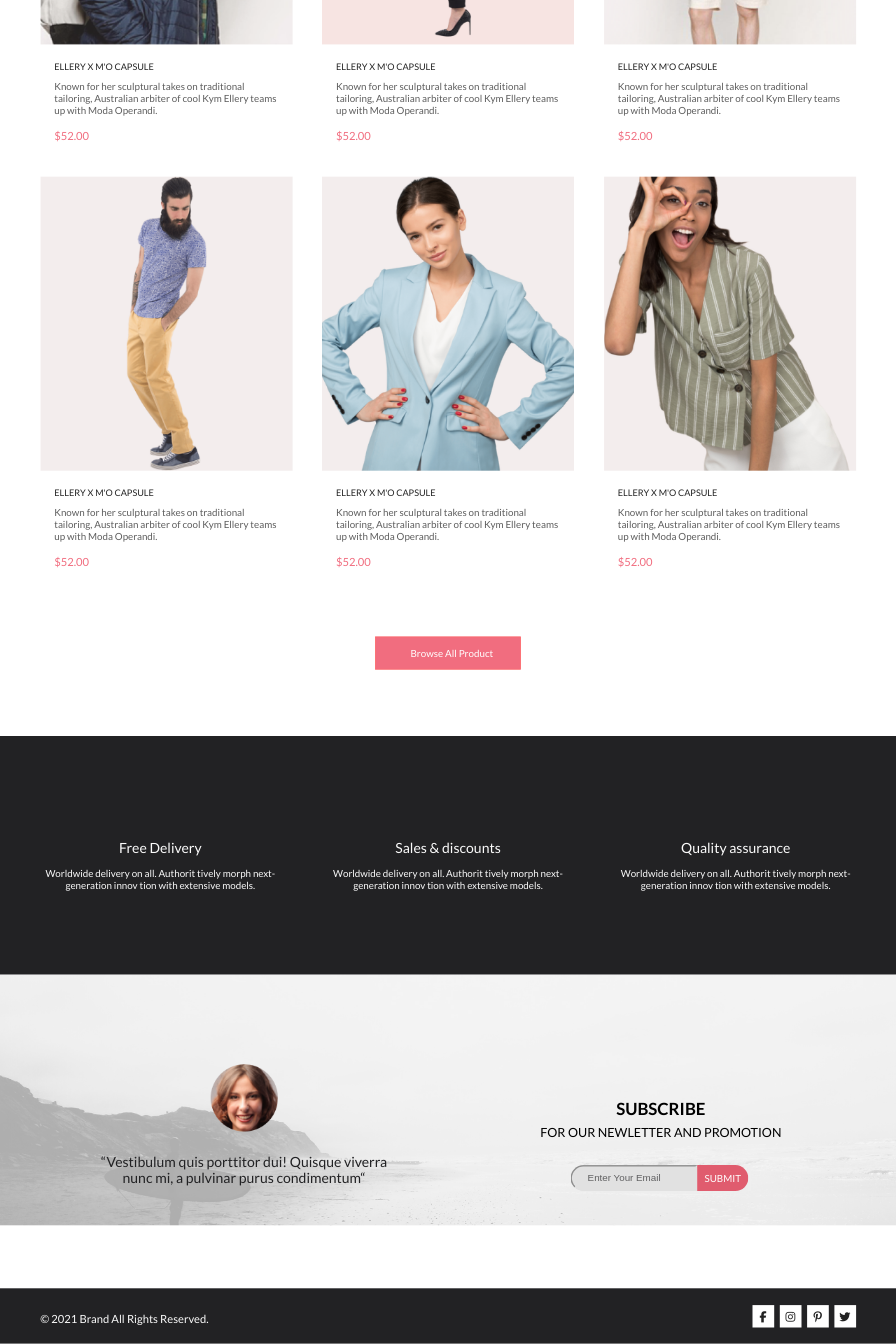
Repository: shtepaa/work-show-linkid
Page: les01/index.html
An editor plug-in stored every save of this project. The page is shown before and after the next save, followed by the edit.
The browser window is 1280 px wide. The pictures show the part of the page from y = 1908 to 3828 px (the page is 3828 px tall), at 70% of full size.
Some web libraries are served in a nearby version. The style sheet was rebuilt from its Sass, Less or Tailwind sources for each picture, by a compiler version that may differ from the author's.

Above is the page before, as saved 2022-02-26 11:19:04.

After the next save:
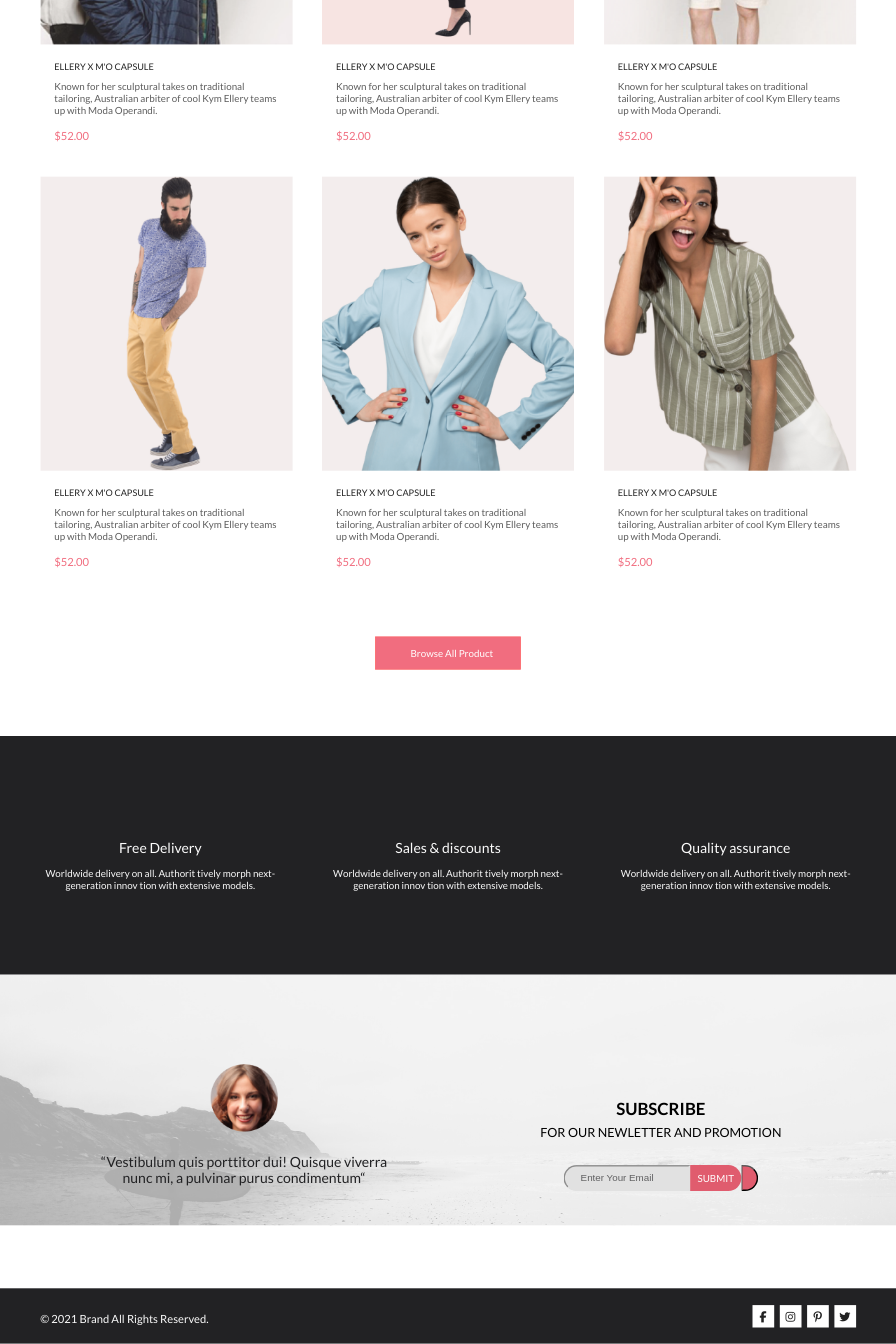
Saved 8 s later.
--- a/les01/index.html
+++ b/les01/index.html
@@ -377,7 +377,7 @@
                 placeholder="Enter Your Email"
               />
               <div class="submit-btn">SUBMIT</div>
-              <button></button>
+              <button class="submit-btn"></button>
             </form>
           </div>
         </div>
